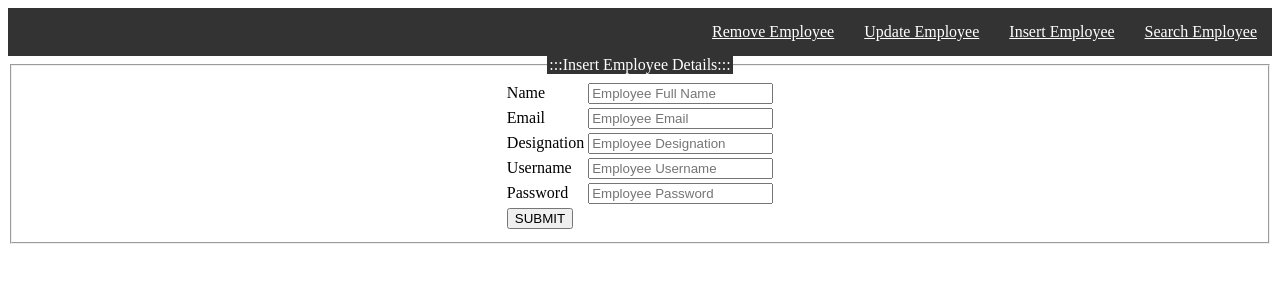
Repository: dannytayade1495/WEJM3
Page: http://localhost/mvcproject1/WEB-INF/views/insertEmployee.jsp
These files come from the project's save history. The page is drawn as it stood at one moment and after the next save; the edit follows.
The browser window is 1280 px wide. The pictures show the whole page.
The page is served by Tomcat 9. Nobody is signed in. Other server files are loaded and not shown. The template is opened directly, without the code that normally fills it, so the values that code supplies are empty.

Above is the page before, as saved 2022-06-02 15:25:25.

### mvcproject1/src/main/webapp/WEB-INF/views/insertEmployee.jsp
<%@ page language="java" contentType="text/html; charset=ISO-8859-1"
	pageEncoding="ISO-8859-1"%>
<jsp:include page="navBar.jsp" />
<!DOCTYPE html>
<html>
<head>
<meta charset="ISO-8859-1">
<title>Employee Management</title>
<style type="text/css">
fieldset table {
	margin: auto;
	text-align: left;
}

fieldset {
	text-align: center;
}

legend {
	color: white;
	background-color: #333;
}
</style>
</head>
<body>
	<fieldset>
		<legend>:::Insert Employee Details:::</legend>
		<form action="">
			<table>
				<tr>
					<td><label>Name</label></td>
					<td><input type="text" name="name"
						placeholder="Employee Full Name"></td>
				</tr>
				<tr>
					<td><label>Email</label></td>
					<td><input type="text" name="email"
						placeholder="Employee Email"></td>
				</tr>
				<tr>
					<td><label>Designation</label></td>
					<td><input type="text" name="designation"
						placeholder="Employee Designation"></td>
				</tr>
				<tr>
					<td><label>Username</label></td>
					<td><input type="text" name="userName"
						placeholder="Employee Username"></td>
				</tr>
				<tr>
					<td><label>Password</label></td>
					<td><input type="text" name="password"
						placeholder="Employee Password"></td>
				</tr>
				<tr style="float: none;">
					<td><input type="submit" value="SUBMIT"></td>
				</tr>
			</table>
		</form>
	</fieldset>
</body>
</html>

### mvcproject1/src/main/webapp/WEB-INF/views/navBar.jsp
<%@ page language="java" contentType="text/html; charset=ISO-8859-1"
	pageEncoding="ISO-8859-1"%>
<!DOCTYPE html>
<html>
<head>

<meta charset="ISO-8859-1">
<title>Employee Management</title>
<style type="text/css">
ul {
	list-style-type: none;
	background-color: black;
	overflow: hidden;
	margin: 0px;
	padding: 0px;
	background-color: #333;
}

ul li {
	align-content: center;
}

li {
	float: right;
}

li a {
	display: block;
	margin: 0px;
	padding: 15px;
}

li a:hover {
	background-color: #111;
}
</style>
</head>
<body>
	<ul>
		<li><a style="color: white;" href="./search">Search Employee</a></li>
		<li><a style="color: white;" href="./insert">Insert Employee</a></li>
		<li><a style="color: white;" href="./update">Update Employee</a></li>
		<li><a style="color: white;" href="./remove">Remove Employee</a></li>
	</ul>
</body>
</html>

After the next save:
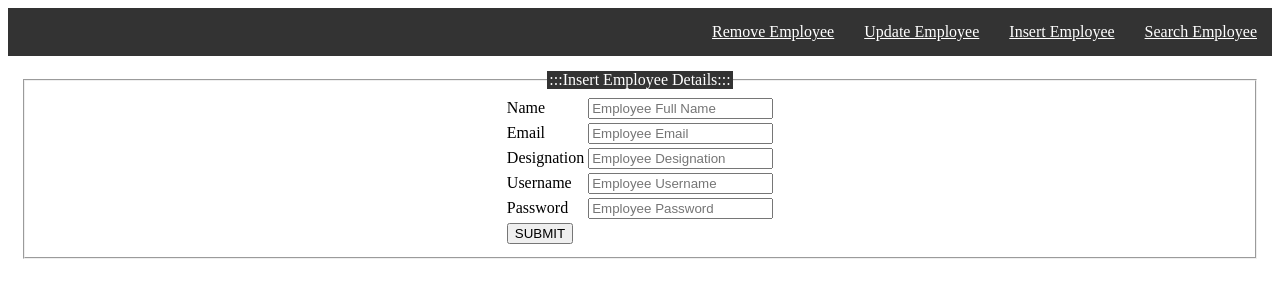
Saved 34 s later.
--- a/mvcproject1/src/main/webapp/WEB-INF/views/insertEmployee.jsp
+++ b/mvcproject1/src/main/webapp/WEB-INF/views/insertEmployee.jsp
@@ -13,6 +13,7 @@ fieldset table {
 }
 
 fieldset {
+	margin: 15px;
 	text-align: center;
 }
 
